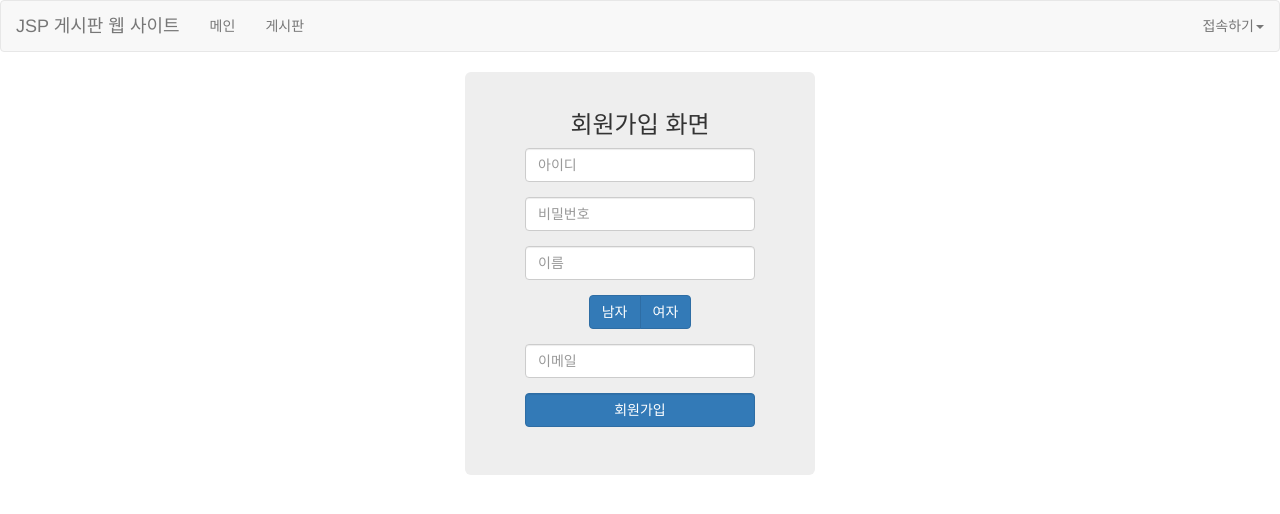
Repository: MinKyeong031/NoticeBoard-JSP-
Page: http://localhost/text/join.jsp
The author's editor kept a copy of each file at every save. The page is drawn from the files as they stood at one save, then again after the next save.
The browser window is 1280 px wide. The pictures show the whole page.
Some web libraries are served in a nearby version. The page is served by Tomcat 9.

Above is the page before, as saved 2020-10-05 00:42:08.

After the next save:
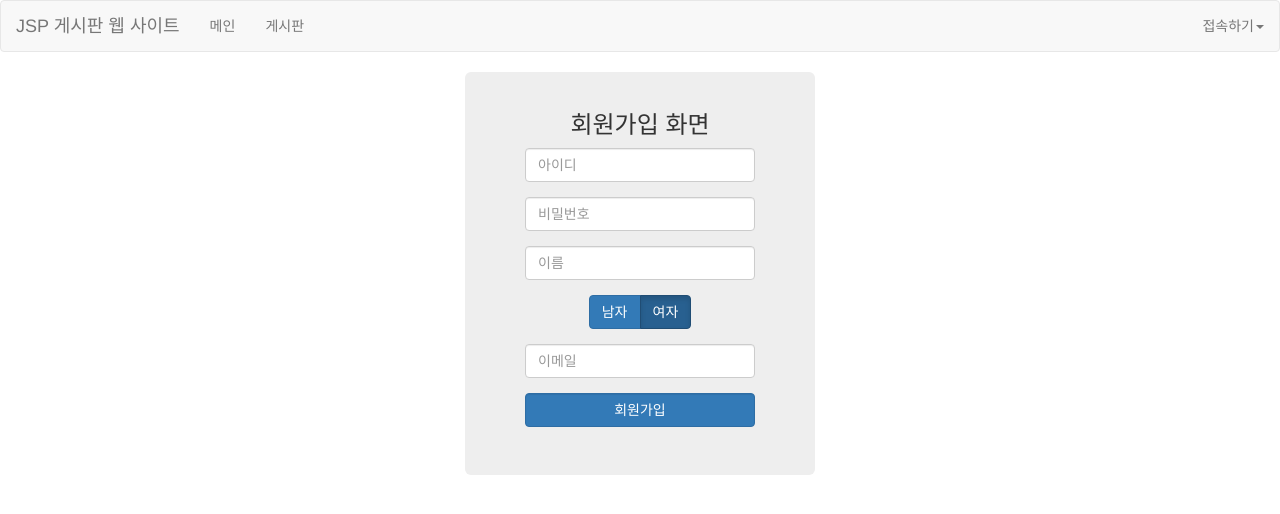
Saved 10 s later.
--- a/WS/text/WebContent/join.jsp
+++ b/WS/text/WebContent/join.jsp
@@ -57,7 +57,7 @@
 							<label class = "btn btn-primary">
 								<input type = "radio" name = "userGender" autocomplete = "off" value = "남자">남자
 							</label>
-							<label class = "btn btn-primary">
+							<label class = "btn btn-primary active">
 								<input type = "radio" name = "userGender" autocomplete = "off" value = "여자" checked>여자
 							</label>
 						</div>
